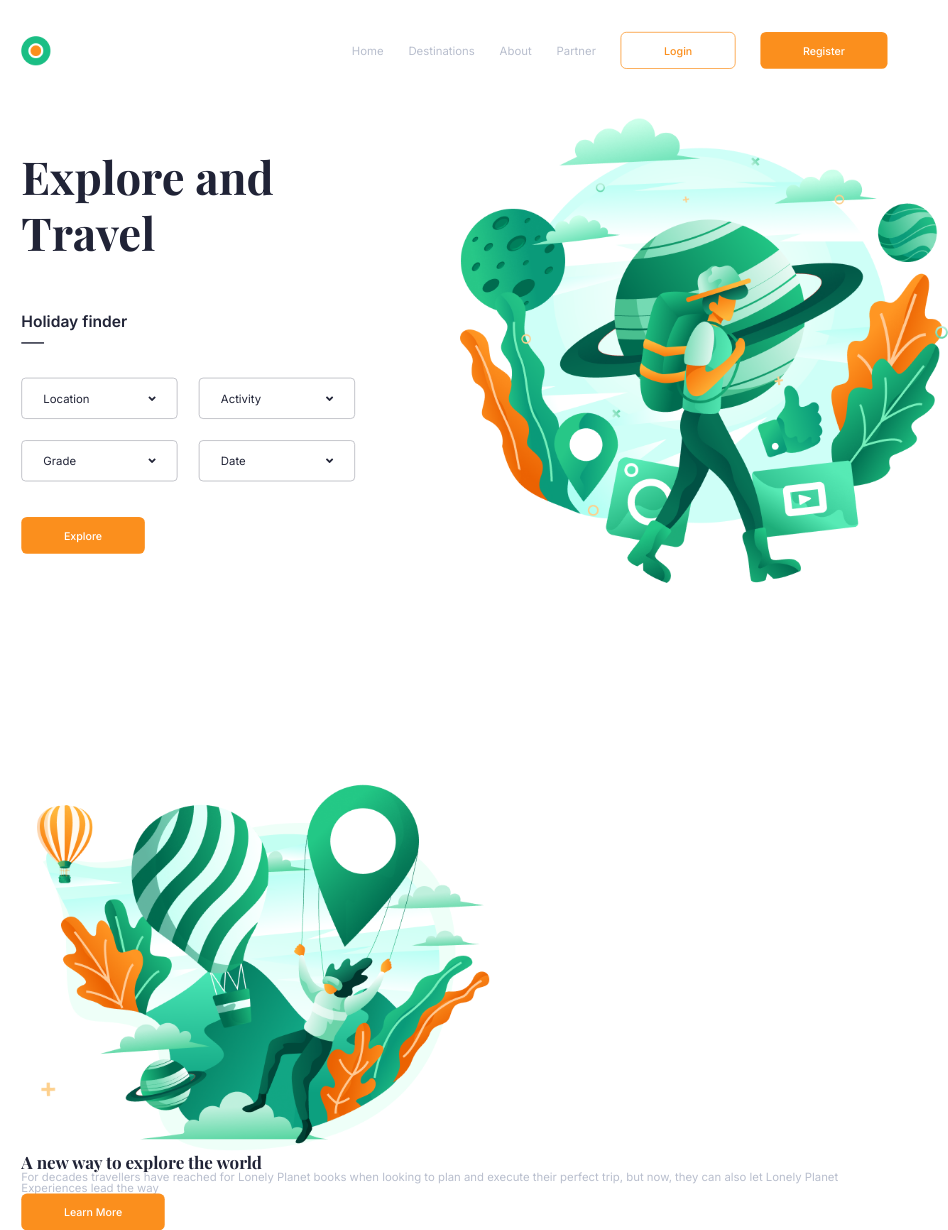
Repository: long5122000/sunny
Page: index.html
An editor plug-in stored every save of this project. The page is shown before and after the next save, followed by the edit.
The browser window is 1280 px wide. The page is 1335 px wide, so the pictures cover 1335 px, including what lies to the right of the window. The pictures show the whole page, at 71% of full size.
The style sheet was rebuilt from its Sass, Less or Tailwind sources for each picture, by a compiler version that may differ from the author's.

Above is the page before, as saved 2021-11-24 21:41:59.

After the next save:
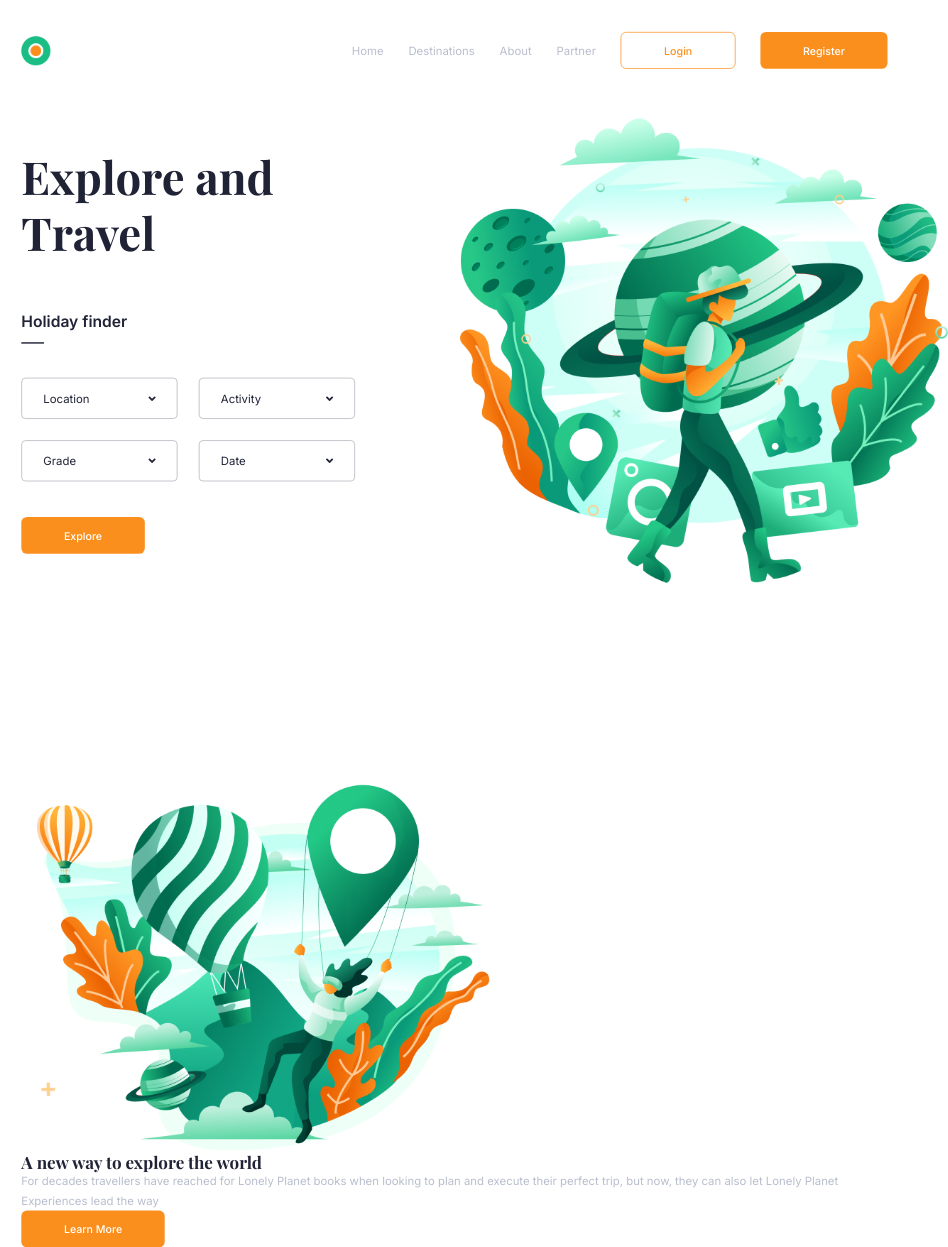
Saved 48 s later.
--- a/sass/_typography.scss
+++ b/sass/_typography.scss
@@ -12,3 +12,7 @@ body {
     font-size: 36px;
   }
 }
+.text {
+  font-weight: 300;
+  line-height: 176%;
+}
